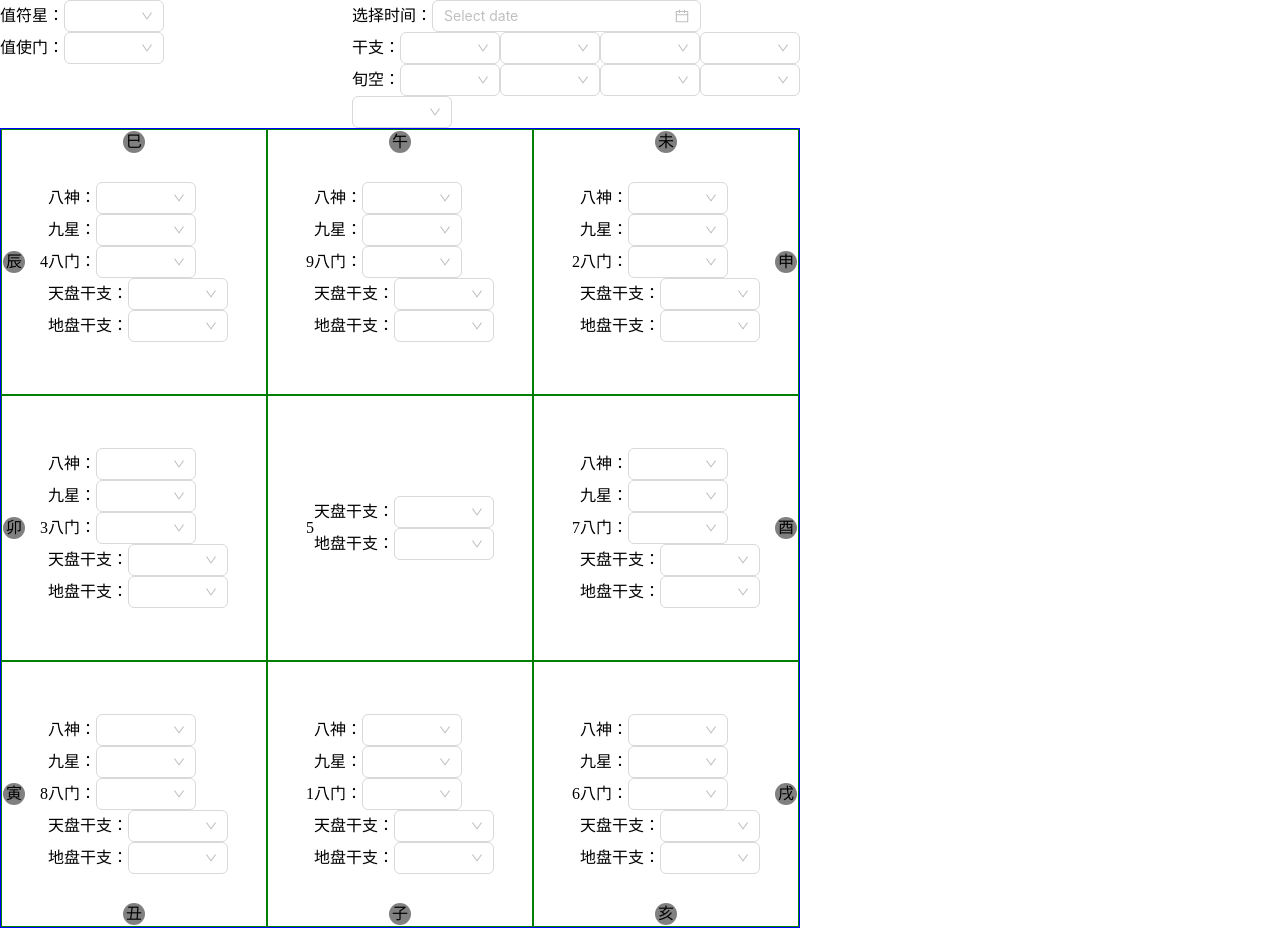
Repository: DaozhangChen/qiMen
Page: /
An editor plug-in stored every save of this project. The page is shown before and after the next save, followed by the edit.
The browser window is 1280 px wide. The pictures show the whole page.
The project was rebuilt for these pictures with package versions that can differ from the ones it lists, and the page was loaded fresh each time. Also part of the build but not shown: vite.config.js.

Above is the page before, as saved 2024-04-06 17:12:27.

After the next save:
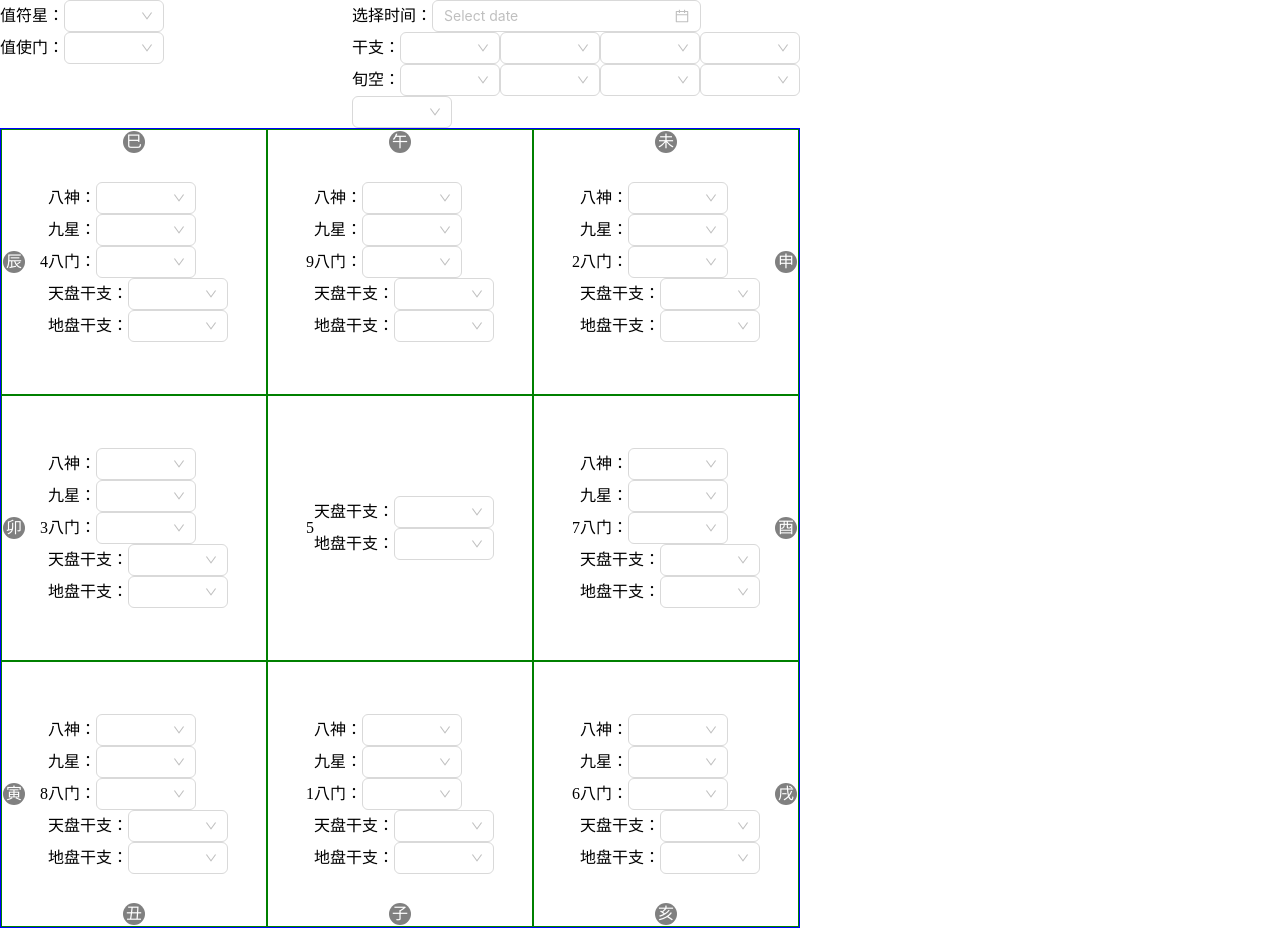
Saved 27 s later.
--- a/src/style/Sudoku.css
+++ b/src/style/Sudoku.css
@@ -27,7 +27,7 @@ div[class^="downStem"] {
     height: 22px;
     background-color: gray;
     border-radius: 50%;
-
+    color: white;
 }
 
 .downStem1-4,
